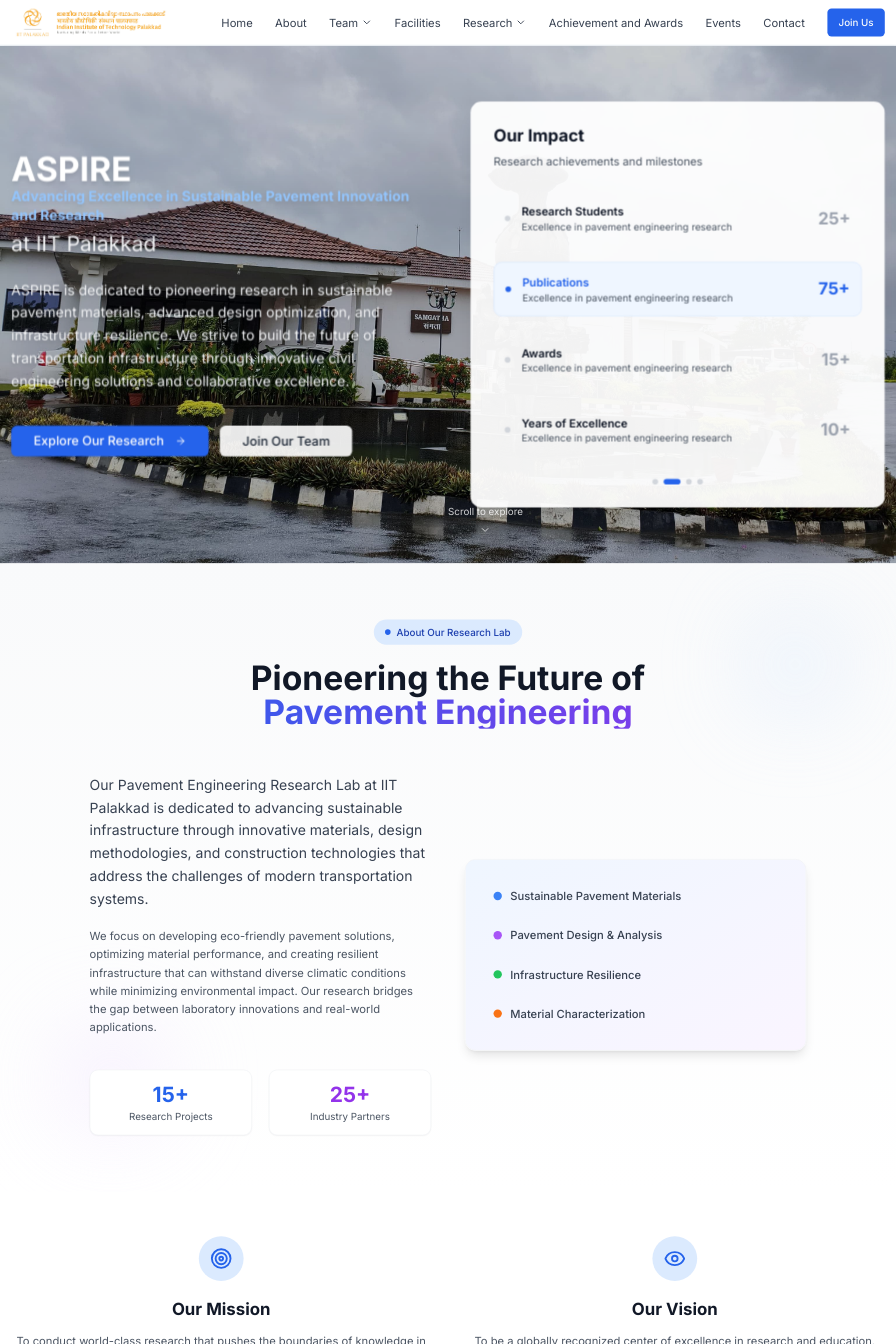
Repository: Gopikrish-30/ARISE
Page: /
An editor plug-in stored every save of this project. The page is shown before and after a run of saves, followed by the edit.
The browser window is 1280 px wide. The pictures show the part of the page from y = 0 to 1920 px (the page is 4937 px tall before and 5001 px after), at 70% of full size.
The project was rebuilt for these pictures with package versions that can differ from the ones it lists, and the page was loaded fresh each time. Some packages were replaced by stand-ins written for this rebuild. The framework's server and built-in components were replaced by stand-ins that run in the browser. Also part of the build but not shown: next.config.mjs.

Above is the page before, as saved 2025-06-29 14:47:39.

After the next 2 saves:
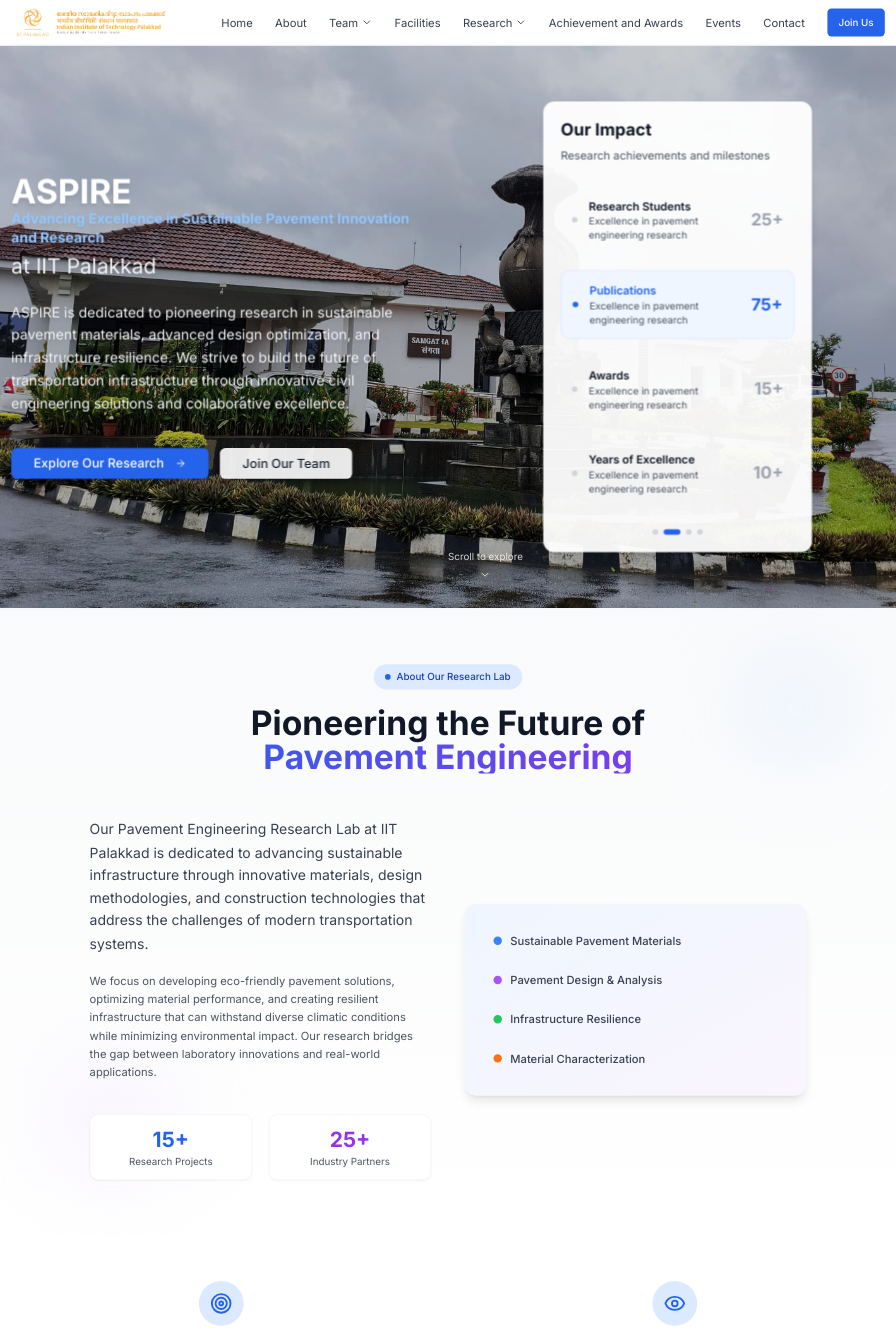
The 2 saves are shown as one change because they came seconds apart.
The last was saved 41 s later.
--- a/components/hero.tsx
+++ b/components/hero.tsx
@@ -91,7 +91,7 @@
 
             {/* Right Content - Clean Stats Display */}
             <div className={`${isVisible ? "animate-fade-in-right" : "opacity-0"}`}>
-              <div className="bg-white/95 backdrop-blur-md rounded-2xl p-8 shadow-xl border border-white/20">
+            <div className="bg-white/95 backdrop-blur-md rounded-2xl p-6 shadow-lg border border-white/20 max-w-sm mx-auto">
                 {/* Header */}
                 <div className="mb-8">
                   <h3 className="text-2xl font-bold text-gray-900 mb-2">Our Impact</h3>

After the save that followed:
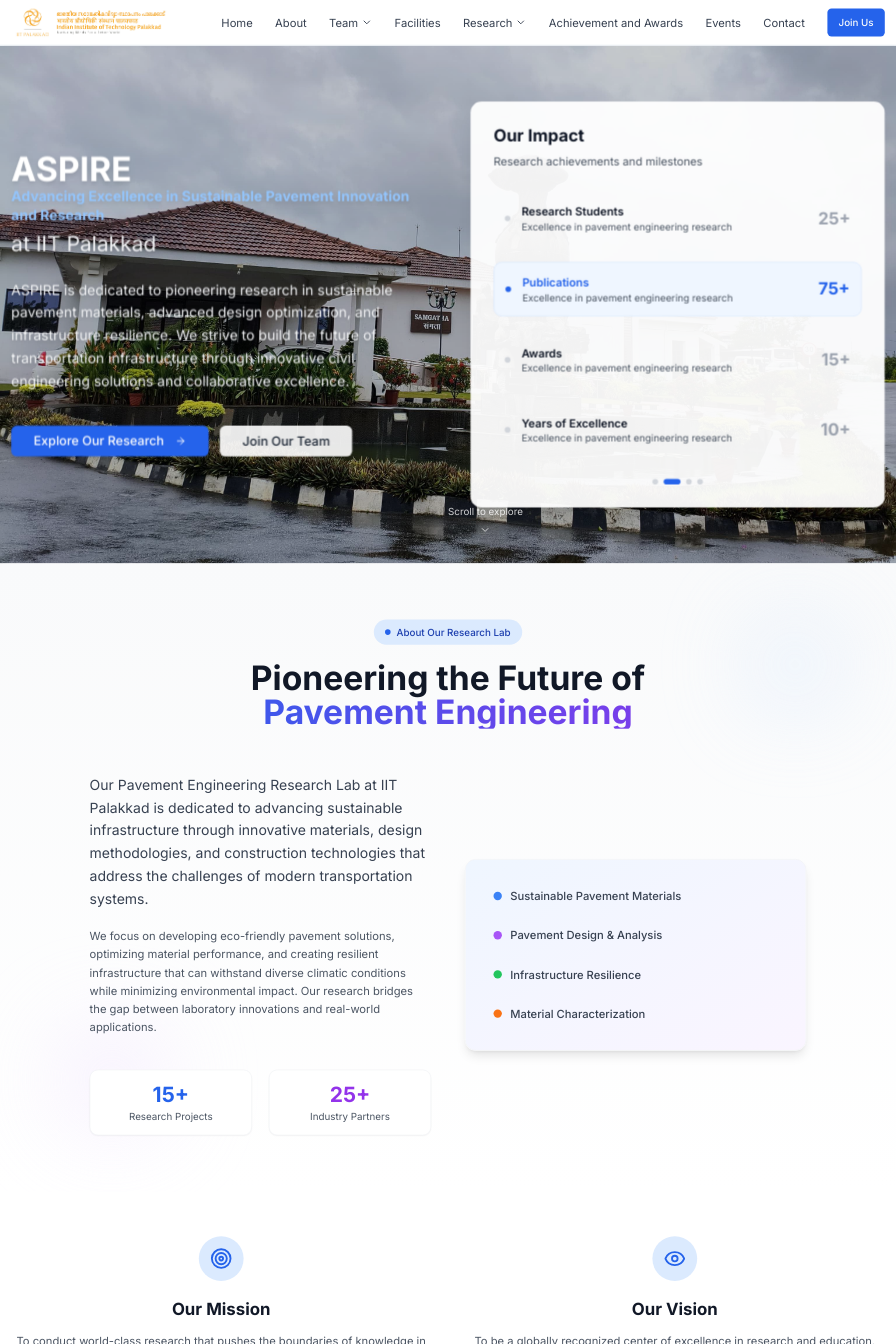
Saved 74 s later.
--- a/components/hero.tsx
+++ b/components/hero.tsx
@@ -91,7 +91,7 @@
 
             {/* Right Content - Clean Stats Display */}
             <div className={`${isVisible ? "animate-fade-in-right" : "opacity-0"}`}>
-            <div className="bg-white/95 backdrop-blur-md rounded-2xl p-6 shadow-lg border border-white/20 max-w-sm mx-auto">
+              <div className="bg-white/95 backdrop-blur-md rounded-2xl p-8 shadow-xl border border-white/20">
                 {/* Header */}
                 <div className="mb-8">
                   <h3 className="text-2xl font-bold text-gray-900 mb-2">Our Impact</h3>
